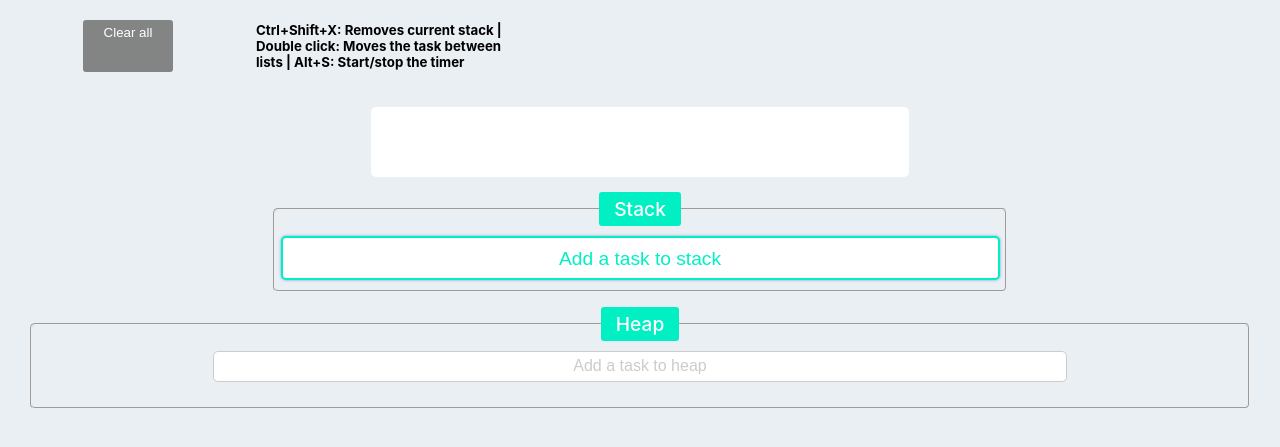
Repository: litalsh/meeting_v1
Page: /
An editor plug-in stored every save of this project. The page is shown before and after the next save, followed by the edit.
The browser window is 1280 px wide. The pictures show the whole page.
The project was rebuilt for these pictures with package versions that can differ from the ones it lists, and the page was loaded fresh each time. Also part of the build but not shown: src/Task.js.

Above is the page before, as saved 2020-12-15 19:01:26.

After the next save:
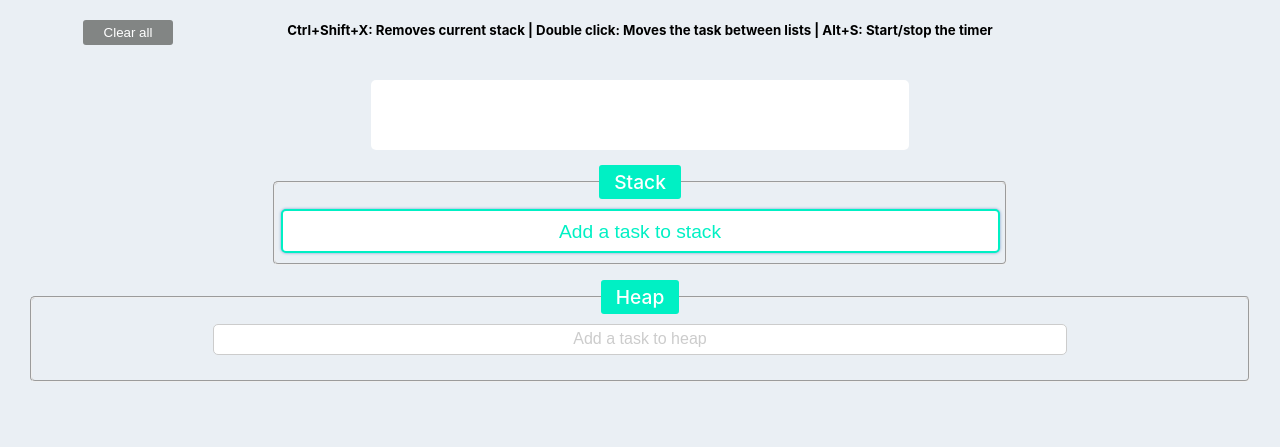
Saved 9 s later.
--- a/src/App.css
+++ b/src/App.css
@@ -2,7 +2,7 @@ body{
  background-color:  #eaeff4;
 }
 
-h4 {
+.instructions {
   text-align: center;
   grid-column: 2/5;
 }
